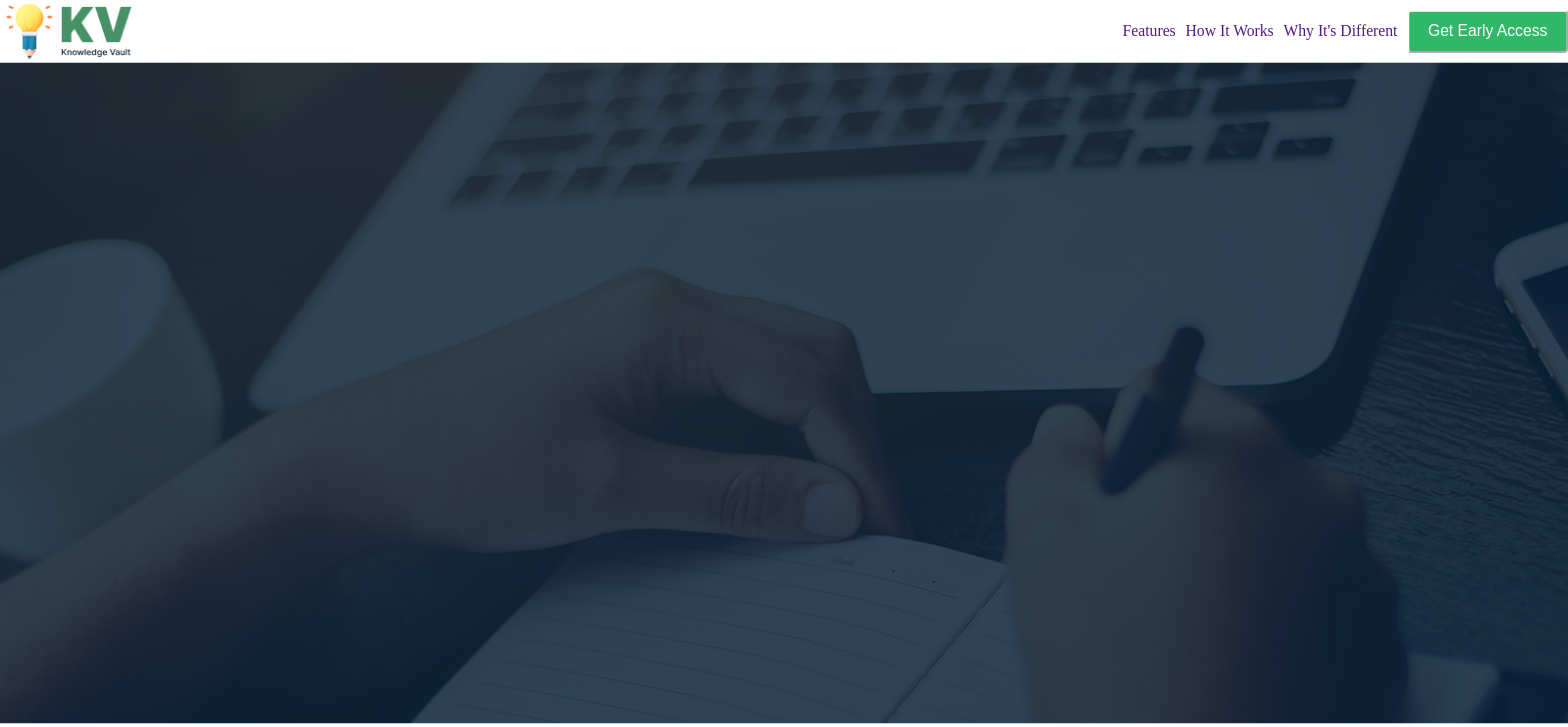
Repository: tanimtanzilislam/Assignment1-PH
Page: index.html
An editor plug-in stored every save of this project. The page is shown before and after a run of saves, followed by the edit.
The browser window is 1280 px wide. The page is 1600 px wide, so the pictures cover 1600 px, including what lies to the right of the window. The pictures show the whole page, at 98% of full size.

Above is the page before, as saved 2026-01-17 05:09:06.

### index.html
<!DOCTYPE html>
<html lang="en">
<head>
    <meta charset="UTF-8">
    <meta name="viewport" content="width=device-width, initial-scale=1.0">
    <title>Document</title>
    <link rel="stylesheet" href="./style.css">
    <title>Assignment 1</title>


<link rel="preconnect" href="https://fonts.googleapis.com">
<link rel="preconnect" href="https://fonts.gstatic.com" crossorigin>
<link href="https://fonts.googleapis.com/css2?family=Inter:ital,opsz,wght@0,14..32,100..900;1,14..32,100..900&family=Open+Sans:ital,wght@0,300..800;1,300..800&family=Outfit:wght@100..900&family=Poppins:ital,wght@0,100;0,200;0,300;0,400;0,500;0,600;0,700;0,800;0,900;1,100;1,200;1,300;1,400;1,500;1,600;1,700;1,800;1,900&display=swap" rel="stylesheet">



</head>
<body class=".font-inter">

    <header>
        <nav class="navbar">
            <div class="logo-navbar">
            <img src="./assets/logo-navbar.png" alt="">
            </div>

            <ul class="nav-list">
                <li> <a href=""> Features</a></li>
                <li><a href=""> How It Works</a> </li>


                <li><a href=""> Why It's Different</a></li>
               <li><button class="nav-button">Get Early Access</button></li>



                </ul>




        </nav>

        <section id="banner">

            <img src="./assets/hero-bg.png" alt="">


        </section>
    </header>



</body>
</html>

### style.css
*{
    margin:0;
    padding:0;
    box-sizing: border-box;
}
.font-inter{
  font-family: "Outfit", sans-serif;
  font-optical-sizing: auto;

}
.logo-navbar{
    width:139px;
    height:60px;
}
.navbar{
    width:1600px;
    height:64px;
    margin:0 auto;
    display:flex;
    justify-content: space-between;
     align-items: center;

}
.nav-list{

    display:flex;
    list-style-type: none;
   gap:10px;
   font-size: 16px;
   align-items:center;

}

.nav-list a{
    text-decoration: none;
}
.nav-button{

    width:164px;
    height:44px;
    color:white;
    background-color:#30B868;
    border-radius: 4px;
    border-color: white;
    padding:12.5px,16px;
    font-size:16px;
}

After the next 2 saves:
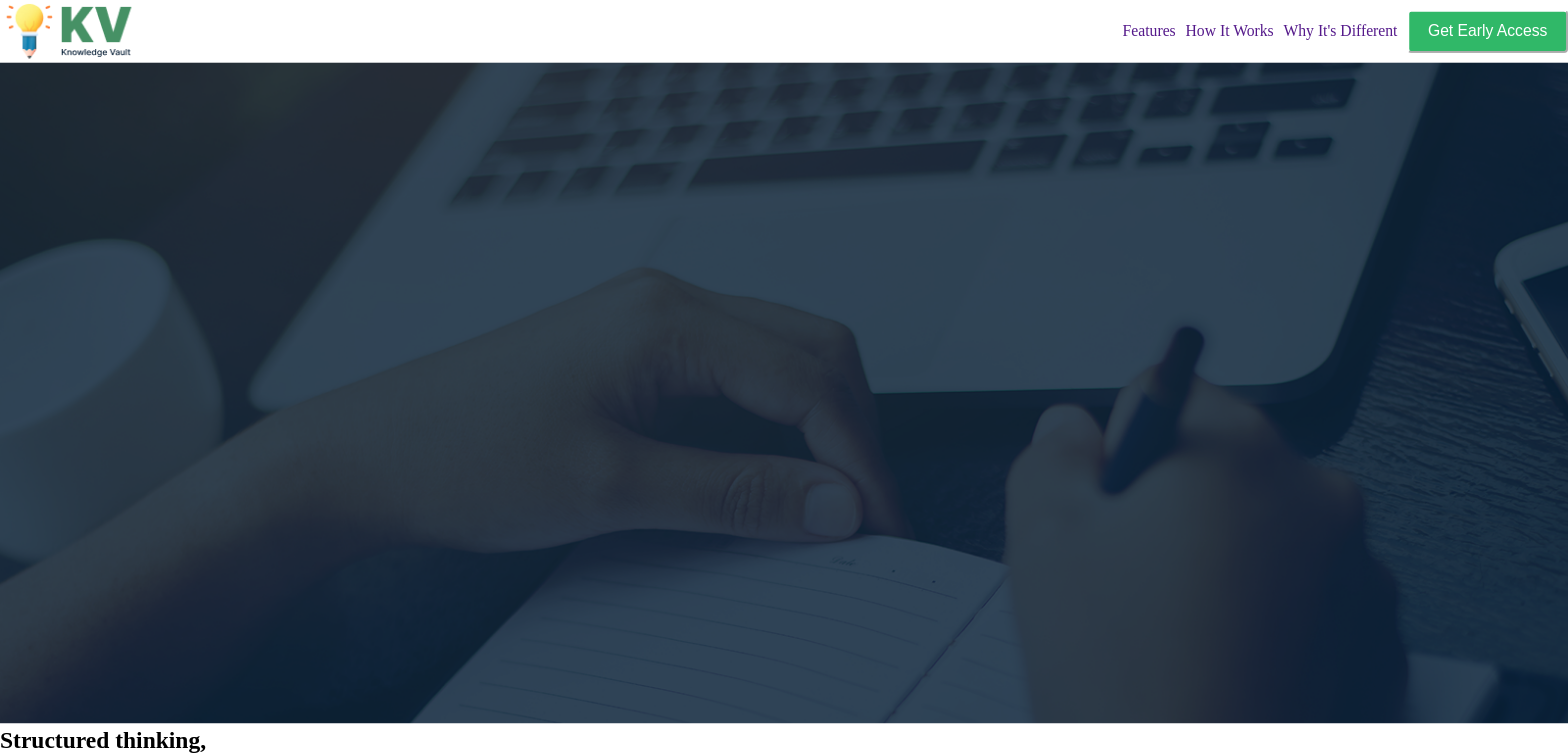
The 2 saves are shown as one change because they came seconds apart.
The last was saved 8 s later.
--- a/index.html
+++ b/index.html
@@ -43,7 +43,7 @@
         <section id="banner">
 
             <img src="./assets/hero-bg.png" alt="">
-
+               <h2>Structured thinking,</h2>
 
         </section>
     </header>
